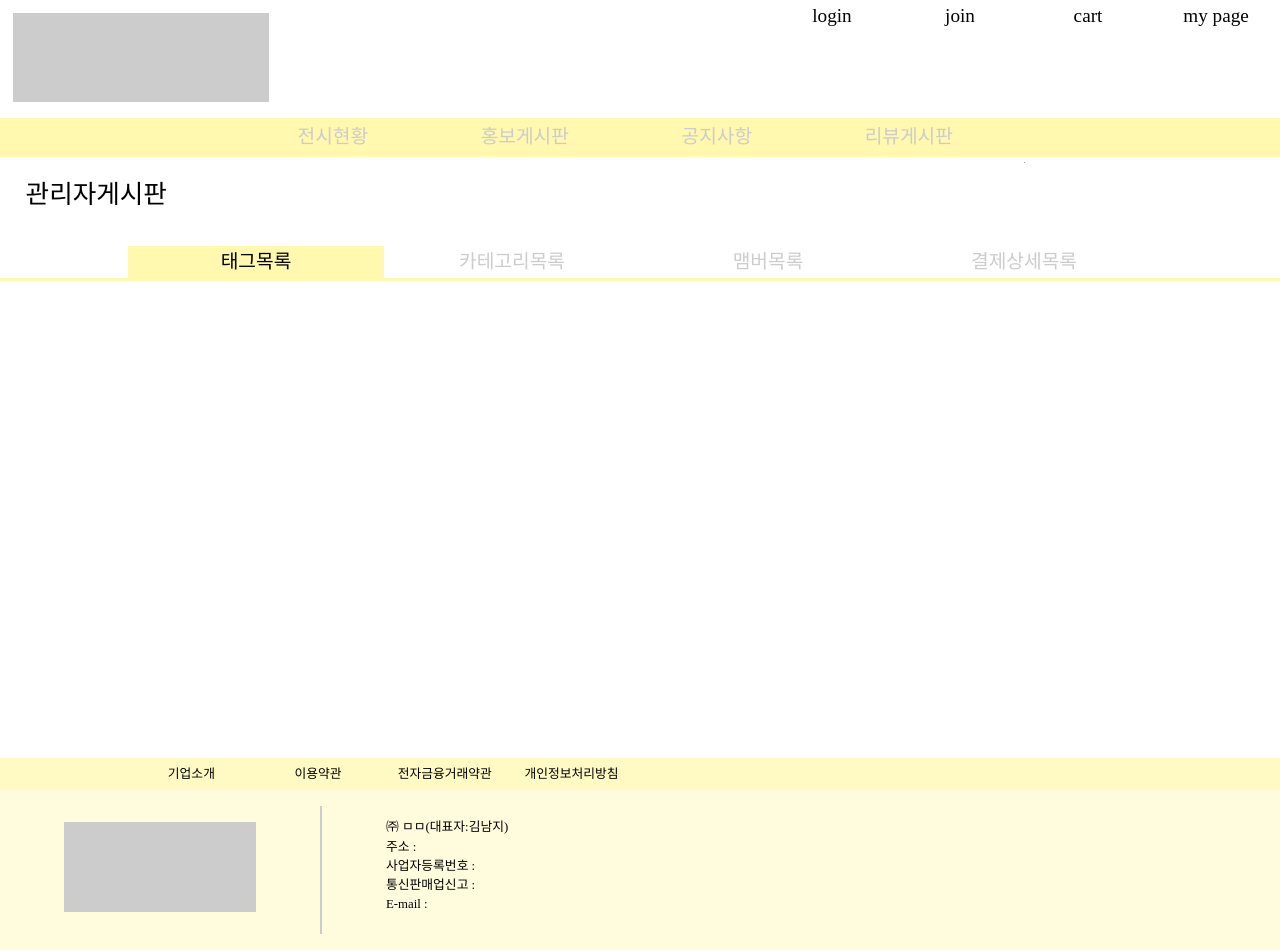
Repository: pnamjitoo/exhibition
Page: http://localhost/exhibition/admin.jsp
These files come from the project's save history. The page is drawn as it stood at one moment and after the next save; the edit follows.
The browser window is 1280 px wide. The pictures show the whole page.
Some web fonts or font styles are not loaded; a fallback is used. Some web libraries are served in a nearby version. The page is served by Tomcat 9.

Above is the page before, as saved 2022-09-11 00:01:46.

After the next save:
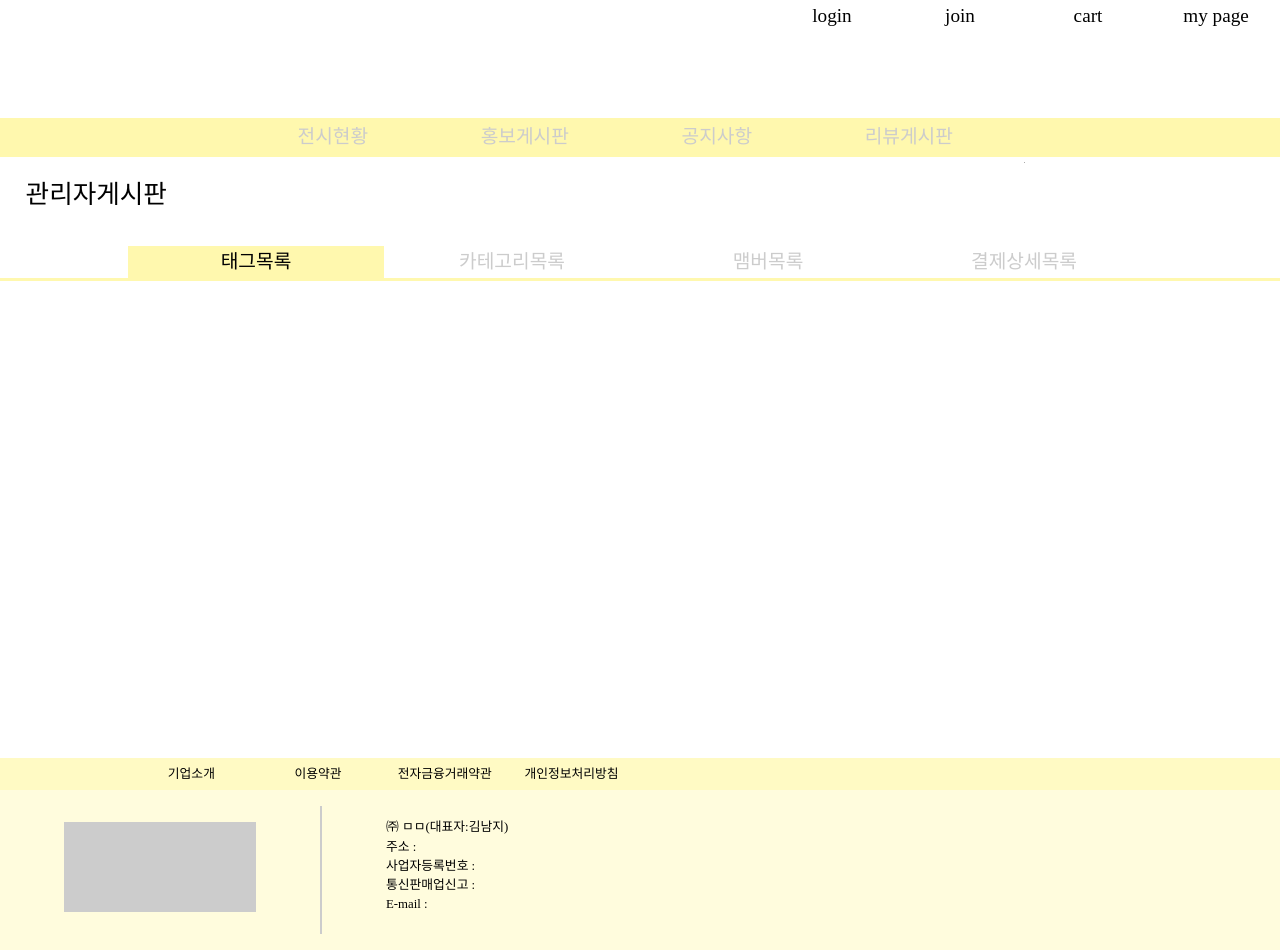
Saved 4 min 43 s later.
--- a/exhibition/src/main/webapp/css/header.css
+++ b/exhibition/src/main/webapp/css/header.css
@@ -15,7 +15,6 @@ header{
         width:20%;
         height:7vw;
         margin:1% 0 0 1%;
-        background-color: #ccc;
     }
     /* top_menu */
     header #top_menu{
